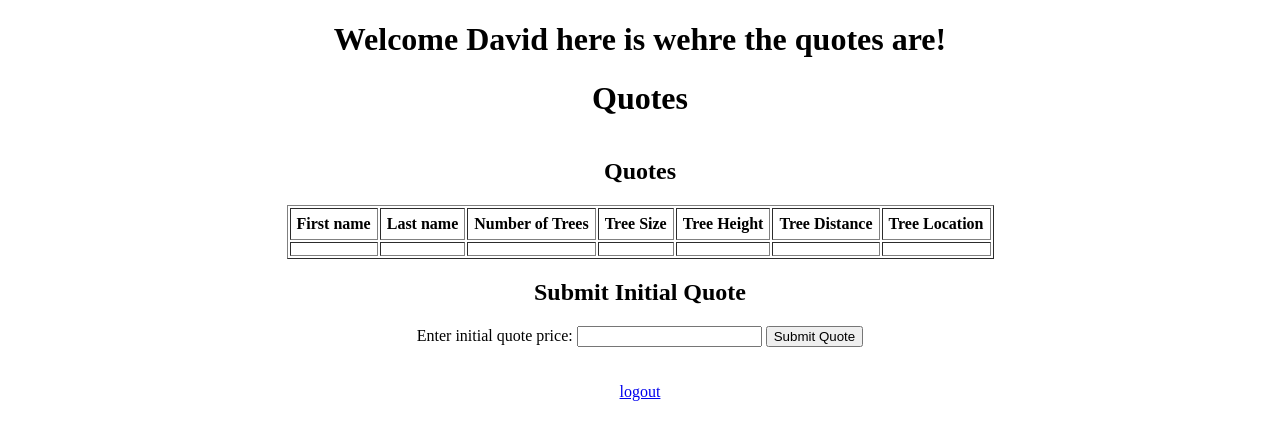
Repository: jrule5960/Tree-Cutting-Database
Page: http://localhost/database/Requests.jsp
An editor plug-in stored every save of this project. The page is shown before and after the next save, followed by the edit.
The browser window is 1280 px wide. The pictures show the whole page.
The page is served by Tomcat 9. Other server files are loaded and not shown.

Above is the page before, as saved 2023-11-06 23:01:03.

### database/WebContent/Requests.jsp
<%@ page language="java" contentType="text/html; charset=UTF-8"
    pageEncoding="UTF-8"%>
<!DOCTYPE html>
<html>
<head>
<meta charset="UTF-8">
<title>Tree Requests</title>
</head>
<body>
<center>
<h1>Welcome David here is wehre the quotes are!</h1>

<h1>Quotes</h1>
    <div align="center">
        <table border="1" cellpadding="6">
            <caption><h2>Quotes</h2></caption>
            <tr>
                <th>First name</th>

                <th>Last name</th>

                <th>Number of Trees</th>

                <th>Tree Size</th>

                <th>Tree Height</th>

                <th>Tree Distance</th>

                <th>Tree Location</th>
            </tr>
            <c:forEach var="users" items="${listUser}">
                <tr style="text-align:center">
                    <td><c:out value="${users.firstName}" /></td>

                    <td><c:out value="${users.lastName}" /></td>

                    <td><c:out value="${users.tree_amt}" /></td>

			        <td><c:out value="${users.tree_size}" /></td>

			        <td><c:out value="${users.tree_height}" /></td>

                    <td><c:out value="${users.tree_distance}" /></td>

                    <td><c:out value="${users.tree_location}" /></td>

            </c:forEach>
        </table>
            <form action="clientquote.jsp" method="post">
                <h2>Submit Initial Quote</h2>
                <label for="initialQuote">Enter initial quote price:</label>
                <input type="number" name="initialQuote" id="initialQuote" required>
                <input type="submit" value="Submit Quote">
            </form>
	</div>
	</div>


<br> <br> <a href="login.jsp"target ="_self" > logout</a><br><br>

</center>


</body>
</html>

After the next save:
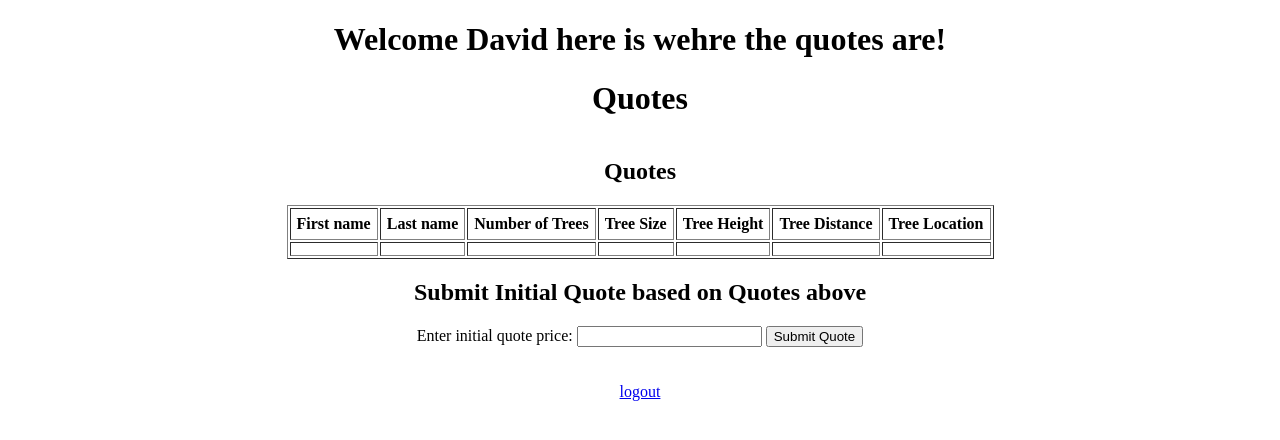
Saved 63 s later.
--- a/database/WebContent/Requests.jsp
+++ b/database/WebContent/Requests.jsp
@@ -48,7 +48,7 @@
             </c:forEach>
         </table>
             <form action="clientquote.jsp" method="post">
-                <h2>Submit Initial Quote</h2>
+                <h2>Submit Initial Quote based on Quotes above</h2>
                 <label for="initialQuote">Enter initial quote price:</label>
                 <input type="number" name="initialQuote" id="initialQuote" required>
                 <input type="submit" value="Submit Quote">
